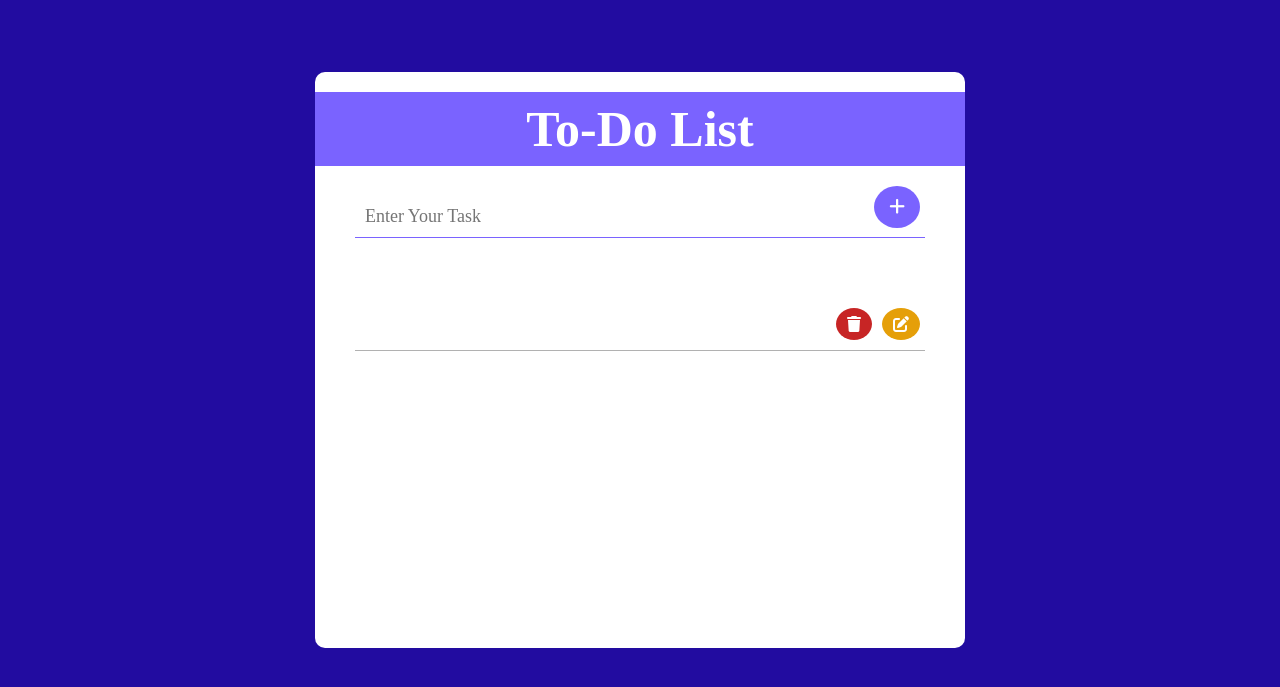
Repository: AliHassan02-Dev/To-Do-App
Page: /, after clicking the first element matching `span.fa-solid`
An editor plug-in stored every save of this project. The page is shown before and after the next save, followed by the edit.
The browser window is 1280 px wide. The pictures show the whole page.
Some web libraries are served in a nearby version. The project was rebuilt for these pictures with package versions that can differ from the ones it lists, and the page was loaded fresh each time. Also part of the build but not shown: vite.config.js.

Above is the page before, as saved 2024-10-28 12:40:37.

### src/main.jsx
import { StrictMode } from 'react'
import { createRoot } from 'react-dom/client'
import './App.css'
import App from './App.jsx'

createRoot(document.getElementById('root')).render(
  <>
    <App />
  </>,
)

### src/App.css
* {
  margin: 0;
  padding: 0;
  box-sizing: border-box;
  font-family: poppins;
}

/* SCROLLBAR CSS */
::-webkit-scrollbar {
  width: 6px;
}
::-webkit-scrollbar-track {
  background-color: rgba(122, 99, 255, 0.208);
  border-radius: 20px;
  box-shadow: inset 0 0 6px rgba(0, 0, 0, 0.5);
}
::-webkit-scrollbar-thumb {
  border-radius: 20px;
  background-color: rgb(122, 99, 255);
}
/* SCROLLBAR CSS */

body {
  overflow: hidden;
}

.mainWrapper {
  width: 100%;
  height: 100vh;
  background-color: rgb(34, 12, 160);
  display: flex;
  justify-content: center;
  flex-direction: column;
}

.mainWrapper .container {
  width: 100%;
  max-width: 650px;
  height: 80vh;
  background-color: white;
  margin: auto;
  border-radius: 10px;
  display: flex;
  flex-direction: column;
}

.mainWrapper .container .topBar {
  margin: 20px 0px;
}

.mainWrapper .container .topBar h2 {
  width: 100%;
  text-align: center;
  background-color: rgb(122, 99, 255);
  font-size: 50px;
  padding: 8px;
  color: white;
}

.mainWrapper .container .topBar .addTask {
  width: 100%;
  display: flex;
  justify-content: center;
  align-items: center;
  padding: 10px 40px;
  margin-top: 20px;
  position: relative;
}

.mainWrapper .container .topBar .addTask .wrapper {
  width: 100%;
  display: flex;
  justify-content: center;
  align-items: center;
  position: relative;
}

.mainWrapper .container .topBar .addTask input {
  width: 100%;
  border: none;
  border-bottom: 1px solid rgb(122, 99, 255);
  font-size: 18px;
  padding: 10px;
  outline: none;
}

.mainWrapper .container .topBar .addTask span {
  position: absolute;
  bottom: 10px;
  right: 5px;
  background-color: rgb(122, 99, 255);
  color: white;
  font-size: 18px;
  padding: 12px 15px;
  border-radius: 100%;
  cursor: pointer;
}

.mainWrapper .container .bottomBar {
  margin: 20px 0px;
  padding: 10px 40px;
  overflow: hidden;
  overflow-y: scroll;
  height: 100%;
}

.mainWrapper .container .bottomBar ol {
  list-style-type: none;
}

.mainWrapper .container .bottomBar .taskList {
  width: 100%;
  flex-wrap: nowrap;
  display: flex;
  justify-content: space-between;
  align-items: center;
  border-bottom: 1px solid rgba(100, 100, 100, 0.5);
  padding: 10px 5px;
  margin-bottom: 28px;
}

.mainWrapper .container .bottomBar .taskList li {
  font-size: 20px;
  font-weight: 600;
}

.mainWrapper .container .bottomBar .taskList span {
  color: white;
  background-color: rgb(199, 37, 37);
  padding: 8px 11px;
  font-size: 16px;
  border-radius: 100%;
  cursor: pointer;
}

span.fa-solid.fa-edit {
  background-color: rgb(229, 159, 9) !important;
}

.buttons {
  display: flex;
  gap: 10px;
}

### src/App.jsx
import React, { useEffect, useState } from "react";
import TaskList from "./Components/TaskList";

const App = () => {
  const [taskValue, setTaskValue] = useState("");
  const [TaskItems, setTaskItems] = useState([]);
  const [isEditing, setIsEditing] = useState(false);
  const [editIndex, setEditIndex] = useState(null);

  const handleEvent = (e) => {
    setTaskValue(e.target.value);
  };

  // const addTaskItem = () => {
  //   setTaskItems((prevItem) => {
  //     return [...prevItem, taskValue];
  //   });
  //   setTaskValue("");
  // };
  const addTaskItem = () => {
    if (isEditing) {
      setTaskItems((prevItem) => {
        const updatedItems = [...prevItem];
        updatedItems[editIndex] = taskValue;
        return updatedItems;
      });
      setIsEditing(false);
      setEditIndex(null);
    } else {
      setTaskItems((prevItem) => [...prevItem, taskValue]);
    }
    setTaskValue("");
  };

  const removeTaskItem = (id) => {
    setTaskItems((prevItem) => {
      return prevItem.filter((arrElem, index) => {
        return index !== id;
      });
    });
  };

  const editTaskItem = (index) => {
    setTaskValue(TaskItems[index]);
    setIsEditing(true);
    setEditIndex(index);
  };

  useEffect(() => {
    const storedTasks = JSON.parse(localStorage.getItem("task-item"));
    if (storedTasks) {
      setTaskItems(storedTasks);
    }
  }, []);

  useEffect(() => {
    localStorage.setItem("task-item", JSON.stringify(TaskItems));
  }, [TaskItems]);

  return (
    <div className="mainWrapper">
      <div className="container">
        <div className="topBar">
          <h2>To-Do List</h2>

          <div className="addTask">
            <div className="wrapper">
              <input
                type="text"
                placeholder="Enter Your Task"
                onChange={handleEvent}
                value={taskValue}
              />
              <span className="fa-solid fa-plus" onClick={addTaskItem}></span>
            </div>
          </div>
        </div>
        <div className="bottomBar">
          <ol>
            {TaskItems.map((elem, idx) => {
              return (
                <TaskList
                  id={idx}
                  key={idx}
                  data={elem}
                  onRemove={removeTaskItem}
                  onEdit={editTaskItem}
                />
              );
            })}
          </ol>
        </div>
      </div>
    </div>
  );
};

export default App;

### src/Components/TaskList.jsx
import React from "react";

const TaskList = ({ data, id, onRemove, onEdit }) => {
  return (
    <div className="taskList">
      <li>{data}</li>
      <div className="buttons">
        <span
          className="fa-solid fa-trash"
          onClick={() => {
            onRemove(id);
          }}
        ></span>
        <span className="fa-solid fa-edit" onClick={() => onEdit(id)}></span>
      </div>
    </div>
  );
};

export default TaskList;

Loaded but not shown: index.html (common file)

After the next save:
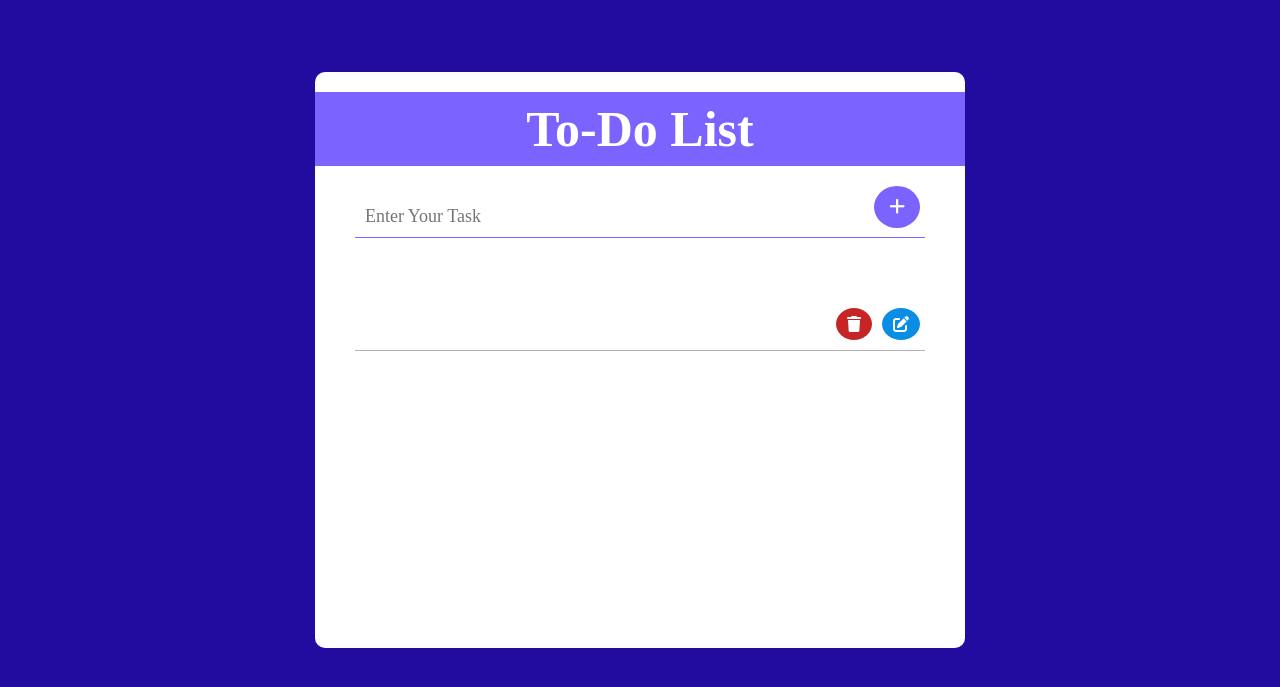
Saved 9 s later.
--- a/src/App.css
+++ b/src/App.css
@@ -134,7 +134,7 @@ body {
 }
 
 span.fa-solid.fa-edit {
-  background-color: rgb(229, 159, 9) !important;
+  background-color: rgb(9, 141, 229) !important;
 }
 
 .buttons {
